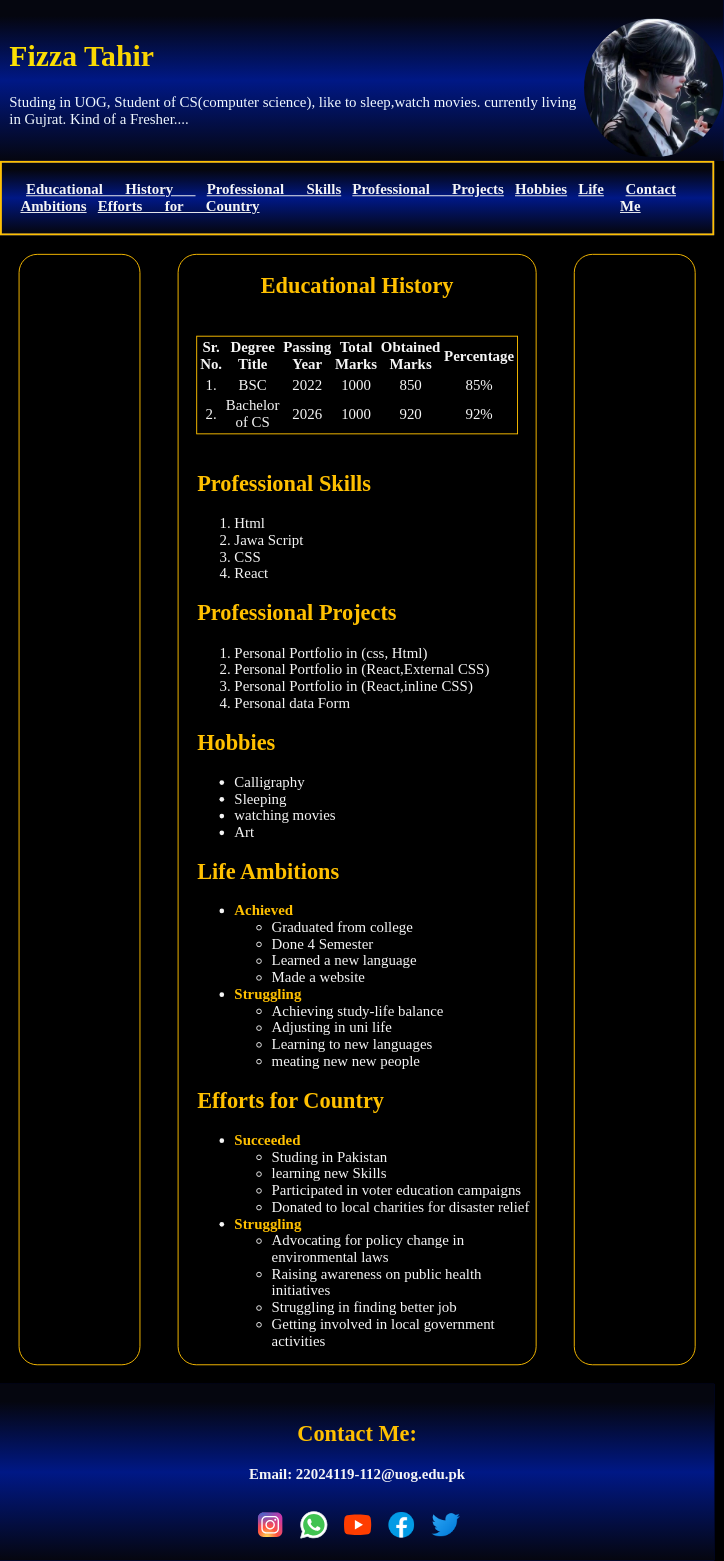
Repository: Fizza-112/project
Page: /
The author's editor kept a copy of each file at every save. The page is drawn from the files as they stood at one save, then again after the next save.
The browser window is 768 px wide. The page is 778 px wide, so the pictures cover 778 px, including what lies to the right of the window. The pictures show the whole page, at 93% of full size.
The project was rebuilt for these pictures with package versions that can differ from the ones it lists, and the page was loaded fresh each time. Also part of the build but not shown: vite.config.ts.

Above is the page before, as saved 2024-09-18 13:28:44.

### src/App.tsx

import "./App.css"
import profileimg from "./assets/WhatsApp Image 2024-09-06 at 9.05.18 AM.jpeg"

import instaimg from "./components/icons8-insta.svg"
import whatsappimg from "./components/icons8-whatsapp.svg"
import youtubeimg from "./components/icons8-youtube.svg"
import facebookimg from "./components/facebook icon.png"
import twitterimg from "./components/twitter.png"

const App = () => {
  return (
    <>
    <header>
    <div> <h1 id='name'><b>Fizza Tahir</b></h1>
    <p id="intro">Studing in UOG, Student of CS(computer science),
    like to sleep,watch movies. currently living in Gujrat. Kind of a Fresher....</p>
    </div>
    <div>
      <img  src={profileimg} alt='image' id="image"/>
    </div>
    </header>

    <nav id="nav">
      <div>
  <a href='#EducationalHistory'>Educational History </a>
  <a href='#ProfessionalSkills'>Professional Skills</a>
  <a href="#ProfessionalProjects">Professional Projects</a>
  <a href="#Hobbies">Hobbies</a>
  <a href="#life-ambitions">Life Ambitions</a>
  <a href="#efforts-for-country">Efforts for Country</a>
  </div>
  <div>
  <a href="#Contact-Me">Contact Me</a>
  </div>
</nav>

<div className="div">
<div id="blank-div"></div>

<div id='main-contant'>

  <div id="EducationalHistory">

    <h2 className='nam'>Educational History</h2>
        <table>
            <thead >
                <tr>
                    <th>Sr. No.</th>
                    <th>Degree Title</th>
                    <th>Passing Year</th>
                    <th>Total Marks</th>
                    <th>Obtained Marks</th>
                    <th>Percentage</th>
                </tr>
            </thead>
            <tbody>
                <tr>
                    <td>1.</td>
                    <td>BSC</td>
                    <td>2022</td>
                    <td>1000</td>
                    <td>850</td>
                    <td>85%</td>
                </tr>
                <tr>
                    <td>2.</td>
                    <td>Bachelor of CS</td>
                    <td>2026</td>
                    <td>1000</td>
                    <td>920</td>
                    <td>92%</td>
                </tr>
            </tbody>
        </table>

  </div>

  <div id="ProfessionalSkills">
<h2 className='nam'>Professional Skills</h2>
<ol>
<li>Html</li>
<li>Jawa Script</li>
<li>CSS</li>
<li>React</li>
</ol>
   </div>

  <div id="ProfessionalProjects">
<h2 className='nam'>Professional Projects</h2>
<ol>
<li>Personal Portfolio in (css, Html)</li>
<li>Personal Portfolio in (React,External CSS)</li>
<li>Personal Portfolio in (React,inline CSS)</li>
<li>Personal data Form</li>
</ol>
   </div>

  <div id="Hobbies">
<h2 className='nam'>Hobbies</h2>
<ul>
<li>Calligraphy</li>
<li>Sleeping</li>
<li>watching movies</li>
<li>Art</li>
</ul>
   </div>

   <div id="life-ambitions">
    <h2 className='nam'>Life Ambitions</h2>
    <ul>
      <li><b className='nam'>Achieved</b></li>
      <ul>
        <li>Graduated from college</li>
        <li>Done 4 Semester </li>
        <li>Learned a new language</li>
        <li>Made a website </li>
      </ul>
      <li><b className='nam'>Struggling</b></li>
      <ul>
        <li>Achieving study-life balance</li>
        <li>Adjusting in uni life</li>
        <li>Learning to new languages</li>
        <li>meating new new people</li>
      </ul>
    </ul>
    </div>

    <div id="efforts-for-country">
    <h2 className='nam'>Efforts for Country</h2>
    <ul>
      <li><b className='nam'>Succeeded</b></li>
      <ul>
        <li>Studing in Pakistan</li>
        <li>learning new Skills</li>
        <li>Participated in voter education campaigns</li>
        <li>Donated to local charities for disaster relief</li>
      </ul>
      <li><b className='nam'>Struggling</b></li>
      <ul>
        <li>Advocating for policy change in environmental laws</li>
        <li>Raising awareness on public health initiatives</li>
        <li>Struggling in finding better job</li>
        <li>Getting involved in local government activities</li>
      </ul>
    </ul>
  </div>

  </div>
  <div id="end"></div>
  </div>

<div id="Contact-Me">
  <footer id='footer'>
<h2 className='con'>Contact Me: </h2>
<h4> Email: 22024119-112@uog.edu.pk</h4>
<div id="logo">
  <a href="https://www.instagram.com/" target='_blank'><img src={instaimg} alt='icon' className='icons'></img></a>
  <a href="https://web.whatsapp.com/" target='_blank'><img src={whatsappimg} alt='icon' className='icons'></img></a>
  <a href="https://www.youtube.com/" target='_blank'><img src={youtubeimg} alt='icon' className='icons'></img></a>
  <a href="https://www.facebook.com/login/?next=https%3A%2F%2Fwww.facebook.com%2F" target='_blank'><img src={facebookimg} alt='icon' className='icons'></img></a>
  <a href="https://twitter.com/i/flow/login" target='_blank'><img src={twitterimg} alt='icon' className='icons'></img></a>

</div>
  </footer>
  </div>
    </>
  )
}

export default App

### src/App.css
body{
  margin: 0px;
  padding: 0px;

  /* background-color:bisque;
  background-image: linear-gradient(19deg, bisque 0%, #989fff 100%);
   */
   /* background-color:bisque;
background-image: linear-gradient(62deg, bisque 0%, #945cfd 100%); */
/* background-color: #001886;
background-image: linear-gradient(43deg, #001886 0%, #05060f 46%, #001886  100%); */
background-color:black;



}
header{
  display: flex;
  align-items: center;
  justify-content: center;
  width: 100%;
  color:aliceblue;
  background-color: #001886;
  background-image: linear-gradient(180deg, #05060f 10%,#001886   50%, #05060f 100%);
/* background-image: linear-gradient(43deg, #001886 0%, #05060f 46%, #001886  100%);  */
}
@media (max-width: 768px){
header{
  display: flex;
  align-items: center;
  justify-content: center;
  width: 100%;
  color:aliceblue;
  background-color: #001886;
  background-image: linear-gradient(180deg, #05060f 10%,#001886   50%, #05060f 100%);
/* background-image: linear-gradient(43deg, #001886 0%, #05060f 46%, #001886  100%);  */
max-width: 768px;
padding-left: 10px;
}
}

#name{
  /*
  /* color:#880808;
  color:#ffc000; */
  background: -webkit-linear-gradient(62deg, #fde403 0%, #efa400 100%);
  -webkit-background-clip: text;
  -webkit-text-fill-color: transparent;

}
#image{
  width: 150px;
  margin-left: auto !important; /* This pushes the image to the right */
  border-radius: 50%;
  margin-top: 20px;

}
#nav{
  display: flex;
  align-items:center;
  justify-content: space-between;
   padding: 20px;
   background-color:  #001886;
   background-image: linear-gradient(180deg, #05060f 10%,#001886   50%, #05060f 100%);
   /* background-image: linear-gradient(180deg, #001886 10%, #05060f 50%, #001886  100%); */
   /* background-color: #001886;
   background-image: linear-gradient(43deg, #001886 0%, #05060f 46%, #001886  100%);  */
  border: 2px solid #ffc000;
}
@media (max-width: 768px){
#nav{
  display: flex;
  align-items:center;
  justify-content: space-between;
   padding: 20px;
   background-color:  #001886;
   background-image: linear-gradient(180deg, #05060f 10%,#001886   50%, #05060f 100%);
   /* background-image: linear-gradient(180deg, #001886 10%, #05060f 50%, #001886  100%); */
   /* background-color: #001886;
   background-image: linear-gradient(43deg, #001886 0%, #05060f 46%, #001886  100%);  */
  border: 2px solid #ffc000;
  word-spacing: 20px !important;
}
}
.div{
  display: flex;


}
#blank-div{
width: 25%;
border: 1px solid #ffc000 ;
                    /*    left box contant border */
margin: 20px;
border-radius:20px;
}
#main-contant{
  width: 50%;
  border: 1px solid #ffc000;      /*center contant border*/
  margin: 20px;
border-radius:20px;
}
#end{
  width: 25%;
  border: 1px solid #ffc000;     /*right contant border*/

  margin: 20px;
  border-radius:20px;

}
a{
  color:whitesmoke;
  margin: 6px;
  font-weight: 600;
}


table{
  border: 1px solid #ffc000;       /*table border*/
  justify-content:center;
  align-items:center;
  text-align: center;
 width: 90%;
  margin: 20px;


}
#EducationalHistory{
  color:whitesmoke;
  width:100%;
  display:flex;
  flex-direction: column;
  justify-content: center;
  align-items:center;
}
#ProfessionalSkills{
  margin-left: 20px;
  color:whitesmoke;
}
#ProfessionalProjects{
  margin-left: 20px;
  color:whitesmoke;
}
#Hobbies{
  margin-left: 20px;
  color:whitesmoke;
}
#life-ambitions{
  margin-left: 20px;
  color:whitesmoke;
}
#efforts-for-country{
  margin-left: 20px;
  color:whitesmoke;
}
.nam{
  color:#ffc000;
}
.con{
 color:#ffc000;

}
#footer{
  text-align: center;
  background-color:  #001886;
background-image: linear-gradient(180deg, #05060f 10%,#001886   50%, #05060f 100%);
/*
  background-color: #001886;
  background-image: linear-gradient(43deg, #001886 0%, #05060f 46%, #001886  100%);  */

  color:whitesmoke;
  margin: 20px, 0px 0px, 0px;
  padding:20px;

  height: 150px;

}
#logo{
  display: flex;
  justify-content: center;
  align-items:center;
}
.icons{
  width: 35px;
  height: auto;
}

Loaded but not shown: index.html (common file); src/main.tsx (common file); src/index.css (no stored copy; drawn as an empty file)

After the next save:
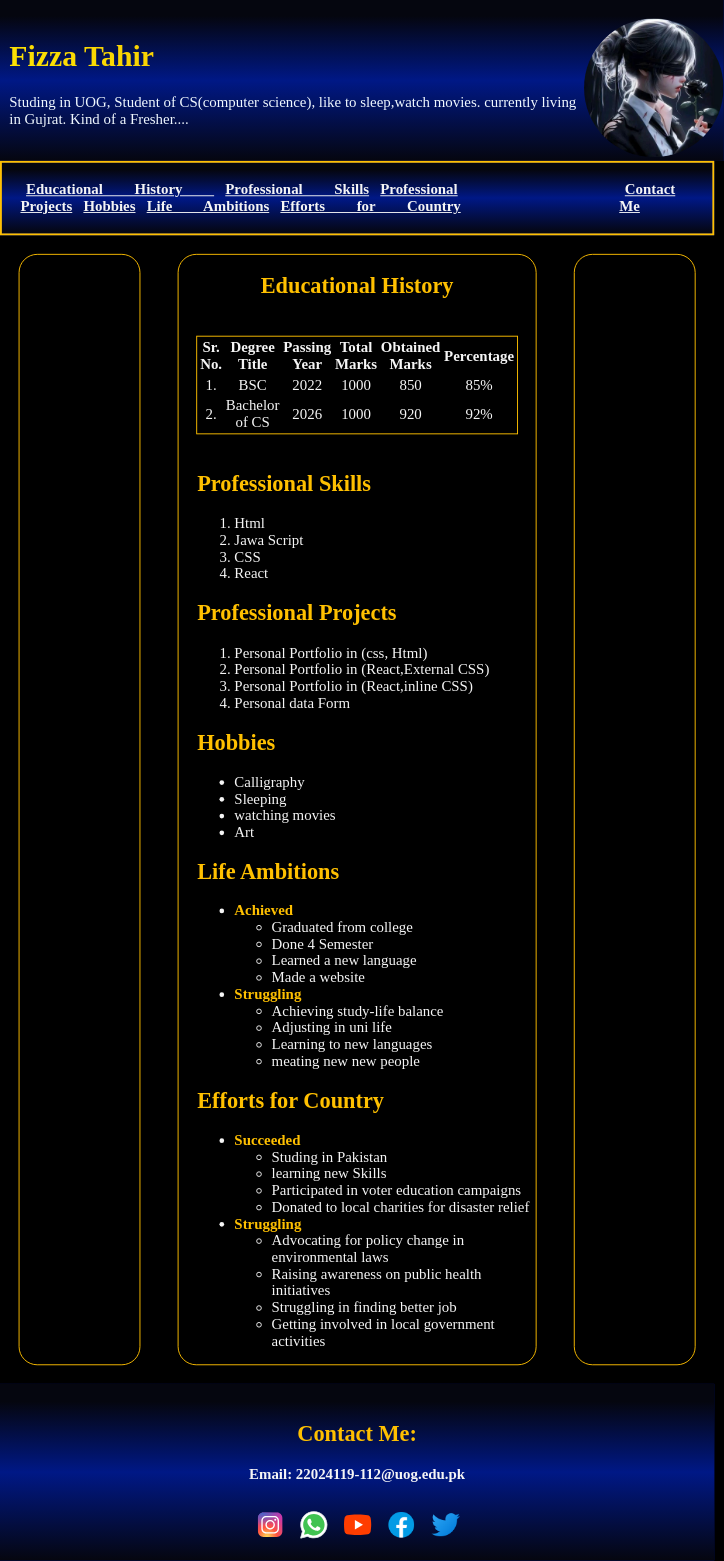
Saved 12 s later.
--- a/src/App.css
+++ b/src/App.css
@@ -79,7 +79,7 @@ padding-left: 10px;
    /* background-color: #001886;
    background-image: linear-gradient(43deg, #001886 0%, #05060f 46%, #001886  100%);  */
   border: 2px solid #ffc000;
-  word-spacing: 20px !important;
+  word-spacing: 30px !important;
 }
 }
 .div{
